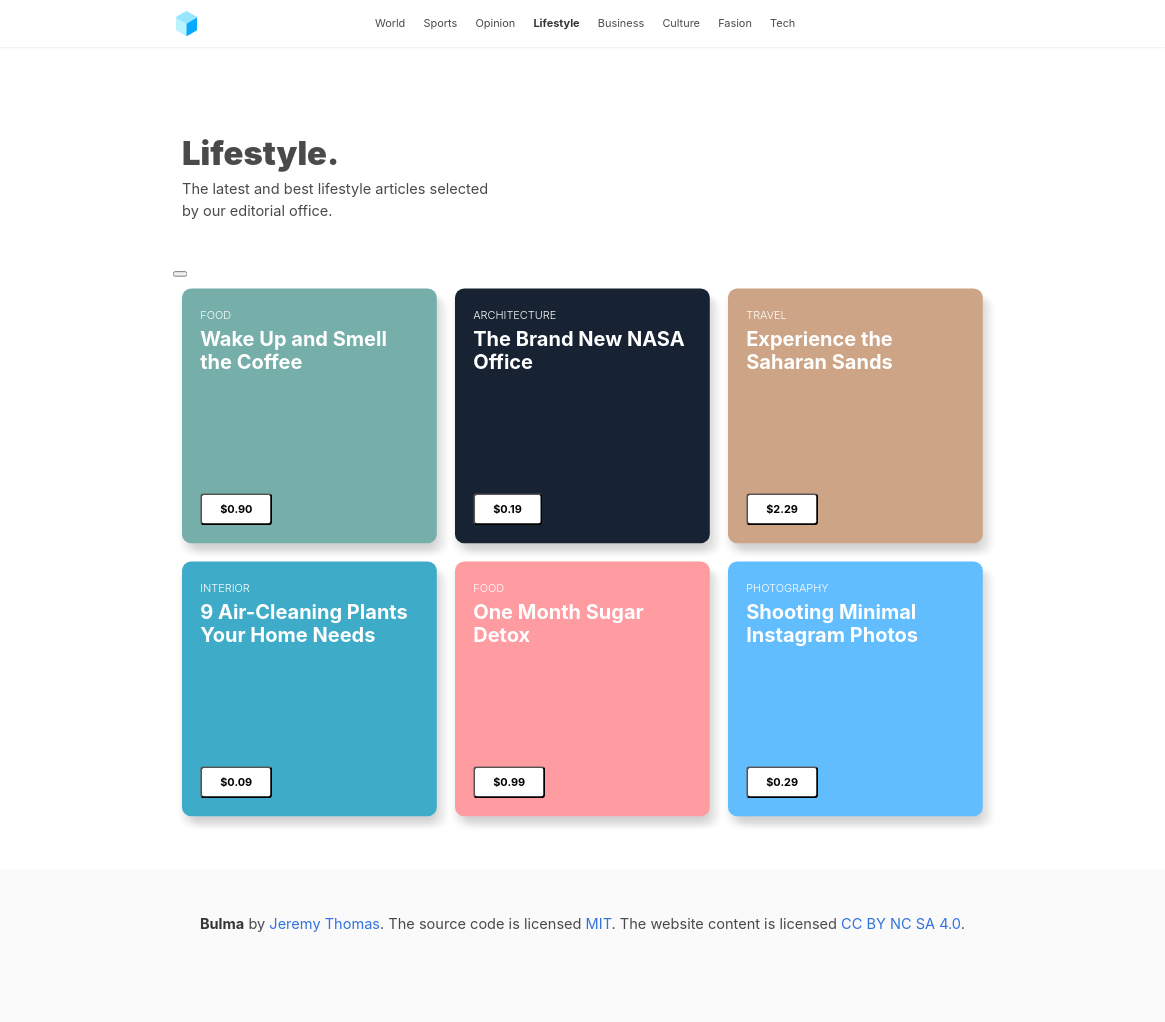
Repository: DOODpls/js_ass1
Page: index.html
An editor plug-in stored every save of this project. The page is shown before and after the next save, followed by the edit.
The browser window is 1280 px wide. The pictures show the whole page, at 91% of full size.

Above is the page before, as saved 2019-11-22 19:24:37.

### index.html
<!DOCTYPE html>
<html>
<head>
    <title></title>
    <link rel="stylesheet" href="https://cdnjs.cloudflare.com/ajax/libs/bulma/0.7.5/css/bulma.min.css" integrity="sha256-vK3UTo/8wHbaUn+dTQD0X6dzidqc5l7gczvH+Bnowwk=" crossorigin="anonymous" />
    <link rel="stylesheet" type="text/css" href="./styles.css">
</head>
<body>

    <nav class="navbar">
        <div class="container">
            <div class="logo"></div>
            <ul>
                <li>World</li>
                <li>Sports</li>
                <li>Opinion</li>
                <li><strong>Lifestyle</strong></li>
                <li>Business</li>
                <li>Culture</li>
                <li>Fasion</li>
                <li>Tech</li>
            </ul>
            <span class="icon">
              <i class="ion-ionic" style='color: black; background: black;'></i>
            </span>
        </div>
    </nav>

    <section class="section">
        <div class="container">
            <div style='margin: 40px 10px 40px'>
                <h1>Lifestyle.</h1>
                <p>The latest and best lifestyle articles selected<br/>
                    by our editorial office.
                </p>
            </div>
        </div>
        <div class="container">
            <div class='card-row' id='content'></div>
        </div>
    </section>

    <footer class="footer">
        <div class="content has-text-centered">
            <p>
                <strong>Bulma</strong> by <a href="https://jgthms.com">Jeremy Thomas</a>. The source code is licensed
                <a href="http://opensource.org/licenses/mit-license.php">MIT</a>. The website content
                is licensed <a href="http://creativecommons.org/licenses/by-nc-sa/4.0/">CC BY NC SA 4.0</a>.
            </p>
        </div>
    </footer>

    <script type="text/javascript" src='./app.js'></script>
</body>
</html>

### styles.css
/* - - - - - - - - - - - - - - - - - - - - - - - - - - - - - -
GENERAL
- - - - - - - - - - - - - - - - - - - - - - - - - - - - - - */
h1 {
    font-size: 36px;
    font-weight: 900;
}

.container {
    max-width: 900px;
}

/* - - - - - - - - - - - - - - - - - - - - - - - - - - - - - -
NAV
- - - - - - - - - - - - - - - - - - - - - - - - - - - - - - */
nav {
    border-bottom: 1px solid #ededed;
}

.navbar > .container {
    display: flex;
    align-items: center;
    justify-content: space-between;
}

nav .container ul {
    display: flex;
}

nav .container ul li {
    margin: 0 10px;
    font-size: 12px;
}

.logo {
    background: url('./img/logo.svg');
    background-size: 24px;
    background-position: center;
    background-repeat: no-repeat;

    height: 30px;
    width: 30px;
}

@media (max-width: 600px) {
    nav .container {
        padding: 0 30px;
    }

    nav .container ul {
        display: none;
    }
}

/* TILES */
.card-row {
    display: flex;
    flex-wrap: wrap;
}

.card {
    height: 280px;
    border-radius: 10px;
    background: rgba(23, 35, 50, 1);
    flex: 1 230px;
    margin: 10px;
    padding: 20px;
    position: relative;
    box-shadow: 2px 8px 9px 0px rgba(0, 0, 0, 0.14),
        11px 11px 6px rgba(0, 0, 0, 0.05);
}

.card .buy-button {
    position: absolute;
    bottom: 20px;
    left: 20px;
    background: white;
    color: black;
    border-radius: 4px;
    padding: 8px 20px;
    font-size: 12px;
    font-weight: 700;
}

.card .topic {
    color: white;
    font-weight: 300;
    font-size: 12px;
    text-transform: uppercase;
    margin-bottom: 5px;
}
.card .title {
    color: white;
    font-weight: 700;
    font-size: 22px;
}

### app.js
const green = 'rgba(118,174, 170, 1)'
const black = 'rgba(23,35, 50, 1)'
const brown = 'rgba(205,164, 133, 1)'
const greenblue = 'rgba(62,171, 201, 1)'
const pink = 'rgba(254,156, 161, 1)'
const blue = 'rgba(98,189, 254, 1)'

const data = [
    {
        topic: 'Food',
        title: 'Wake Up and Smell the Coffee',
        price: '$0.90',
        color: green
    },
    {
        topic: 'Architecture',
        title: 'The Brand New NASA Office',
        price: '$0.19',
        color: black
    },
    {
        topic: 'Travel',
        title: 'Experience the Saharan Sands',
        price: '$2.29',
        color: brown
    },
    {
        topic: 'Interior',
        title: '9 Air-Cleaning Plants Your Home Needs',
        price: '$0.09',
        color: greenblue
    },
    {
        topic: 'Food',
        title: 'One Month Sugar Detox',
        price: '$0.99',
        color: pink
    },
    {
        topic: 'Photography',
        title: 'Shooting Minimal Instagram Photos',
        price: '$0.29',
        color: blue
    }
]

// Instructions
// Take the data above and display it as tiles on the page


    // for(i=0; i<data.length; i++){
    //     let heig
    //     if(i % 2 == 0){
    //         heig = '500px'
    //     }

    //     const tilers = document.querySelector('#content')
    //     const divr = document.createElement('div')
    //     divr.className= 'card'
    //     divr.style.backgroundColor = data[i].color
    //     divr.style.flex = heig
    //     divr.id = 'divtile'+ i
    //     tilers.appendChild(divr)

    //     const p1 = document.querySelector('#divtile'+i)
    //     const pr1 = document.createElement('p')
    //     pr1.textContent = data[i].topic
    //     pr1.className= 'topic'
    //     p1.appendChild(pr1)

    //     const p2 = document.querySelector('#divtile'+i)
    //     const pr2 = document.createElement('p')
    //     pr2.textContent = data[i].title
    //     pr2.className= 'title'
    //     p2.appendChild(pr2)

    //     const btn1 = document.querySelector('#divtile'+i)
    //     const btr2 = document.createElement('button')
    //     btr2.textContent = data[i].price
    //     btr2.className= 'buy-button'
    //     btn1.appendChild(btr2)
    // }
    const tilers = document.querySelector('#content')
    function looop(){
      data.forEach(function(item)
    {
        const divr = document.createElement('div')
        divr.className = 'card'
        divr.style.backgroundColor = item.color
        tilers.appendChild(divr)

        const pr1 = document.createElement('p')
        pr1.textContent = item.topic
        pr1.className= 'topic'
        divr.appendChild(pr1)

        const pr2 = document.createElement('p')
        pr2.textContent = item.title
        pr2.className= 'title'
        divr.appendChild(pr2)

        const btr2 = document.createElement('button')
        btr2.textContent = item.price
        btr2.className= 'buy-button'
        divr.appendChild(btr2)
    })
    }
    looop();

    // tried to do sort, but i suck
    const button1 = document.querySelector('body section .container')
    const btn1 = document.createElement('button')
    btn1.className= 'buy-button'
    btn1.id = "butt1"
    button1.appendChild(btn1)

    function sort1(){
        data.sort((a, b) => (a.topic > b.topic) ? 1 : -1)
    }

    const button2 = document.querySelector('#butt1')
    button2.addEventListener('click', function(event) {
        sort1();
        tilers.innerHTML = "";
        looop();
    })

    //this one also works lolllll
    // data.forEach(function(items)
    // {
    // //   document.getElementById('content').innerHTML += '<div class="card" style="background-color:'+items.color+'"><p class="topic">'+items.topic+'</p><p class="title">'+items.title+'</p><button class="buy-button">'+items.price+'</button></div>';
    // })

After the next save:
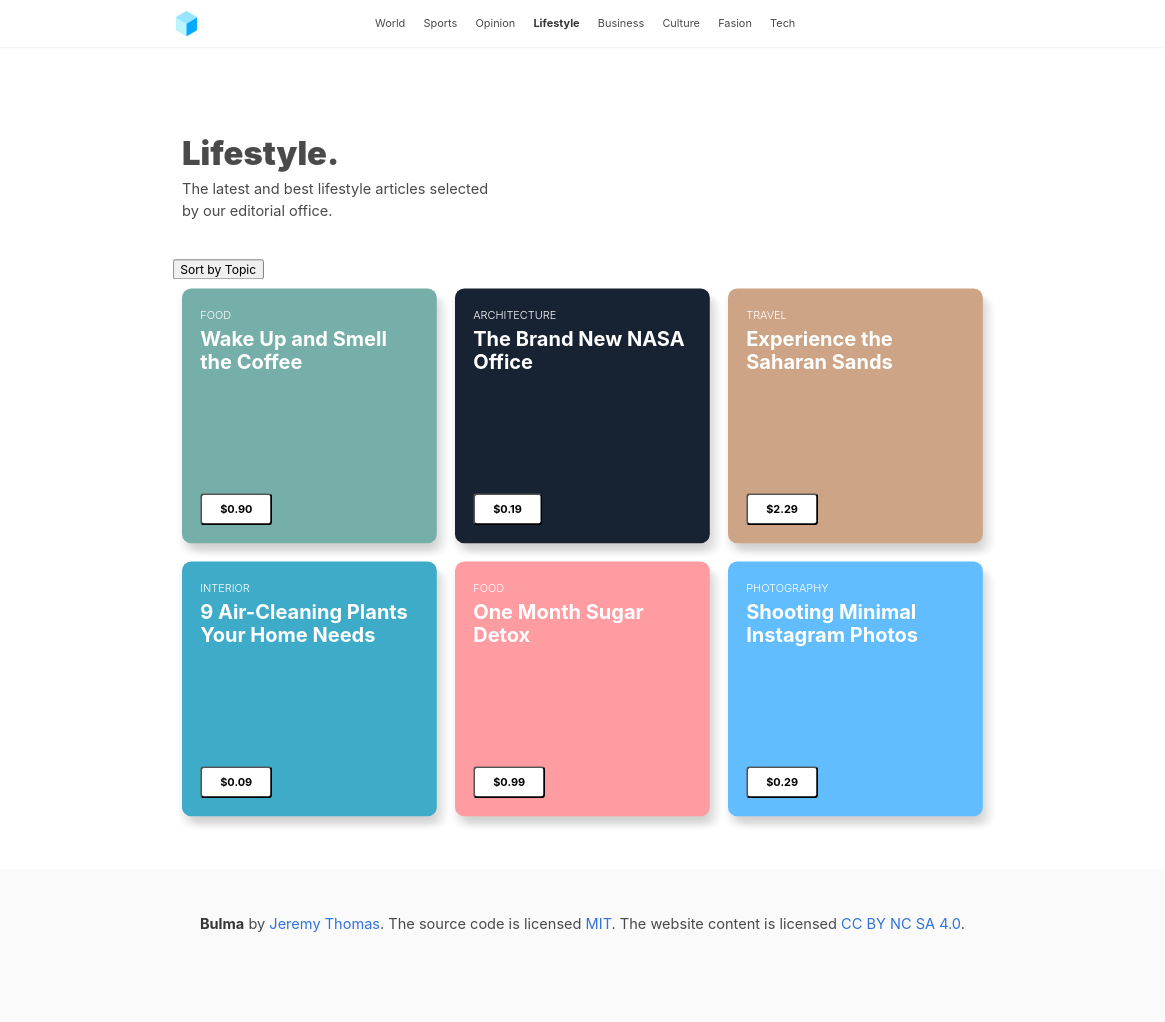
Saved 39 s later.
--- a/app.js
+++ b/app.js
@@ -112,6 +112,7 @@ const data = [
     const btn1 = document.createElement('button')
     btn1.className= 'buy-button'
     btn1.id = "butt1"
+    btn1.innerText = "Sort by Topic"
     button1.appendChild(btn1)
 
     function sort1(){
